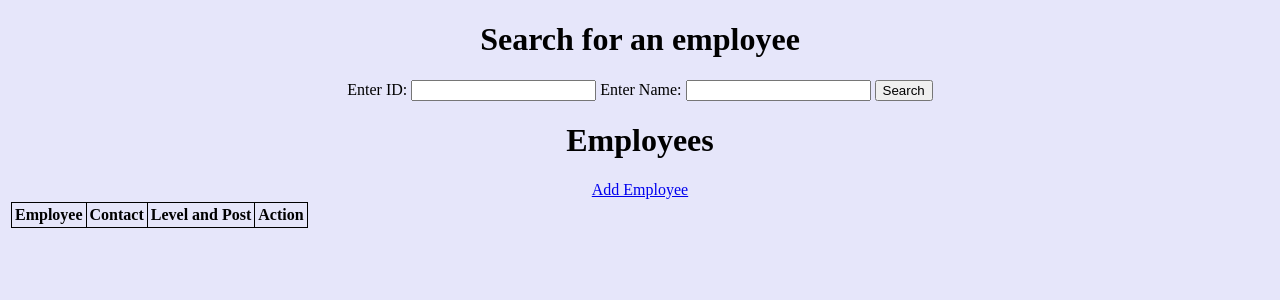
Repository: P9-Analyst-Java/employee-management-abhishekdatta12
Page: http://localhost/spring-expense-tracker/WEB-INF/views/home.jsp
These files come from the project's save history. The page is drawn as it stood at one moment and after the next save; the edit follows.
The browser window is 1280 px wide. The pictures show the whole page.
The page is served by Tomcat 9. Nobody is signed in. Other server files are loaded and not shown. The template is opened directly, without the code that normally fills it, so the values that code supplies are empty.

Above is the page before, as saved 2023-02-21 05:16:32.

### spring-portal/spring-expense-tracker/src/main/webapp/WEB-INF/views/home.jsp
<%@ page language="java" isELIgnored="false" contentType="text/html; charset=ISO-8859-1"
    pageEncoding="UTF-8"%>
<%@ taglib prefix="c" uri="http://java.sun.com/jsp/jstl/core"%>
<%@ taglib prefix="form" uri="http://www.springframework.org/tags/form" %>
<c:set var="contextRoot" value="${pageContext.request.contextPath}"/>
<!DOCTYPE html>
<html>
<head>
<style type="text/css">
body{
	text-align: center;
	background-color: lavender;
}
div{
	text-align: center;
	align-items: center;
	align-content: center;
}
table, th, td{
	background-color: lavenderblue;
	text-align: center;
	border: 1px solid;
	border-collapse: collapse;
	padding: 3px;
	margin: 3px;
	align-items: center;
}
</style>
<meta charset="ISO-8859-1">
<title>Home</title>
</head>
<body>
	<h1>Search for an employee</h1>

	<form action="${contextRoot}/search" method="post">
	Enter ID: <input  name="id"/>
	Enter Name: <input name="name"/>
	<button type="submit">Search</button>
	</form>

	<h1>Employees</h1>
	<div>
	<a href="${contextRoot}/employee">Add Employee</a>
	<table>
	<tr>
	<th>Employee</th>
	<th>Contact</th>
	<th>Level and Post</th>
	<th>Action</th>
	<!-- <th>Last Name</th>
	<th>Gender</th>
	<th>Date Of Birth</th>
	<th>PAN Card Number</th>
	<th>Aadhaar Number</th>
	<th>Mobile Number</th>
	<th>Email ID</th>
	<th>Office Mail</th>
	<th>Permanent Address</th>
	<th>Present Address</th>
	<th>Blood Group</th>
	<th>Profile Picture</th>
	<th>Date of Joining</th>
	<th>Employee Level</th>
	<th>Post Name</th>
	<th>Basic Pay</th>
	<th>House Allowance</th>
	<th>Edit</th>
	<th>Delete</th>-->
	</tr>
	<c:forEach var="employee" items="${employees}">
		<tr>
			<td>${employee.firstName}&nbsp;${employee.lastName}<br/>#${employee.id}</td>

			<td>${employee.mobileNum}<br/>${employee.emailId}</td>

			<td>${employee.empLevel}/<br/>${employee.postName}</td>

			<td><a href="">Employments</a>/<a href="${contextRoot}/employee/${employee.id}">Edit</a>/<a href="${contextRoot}/${employee.id}">Delete</a></td>
			<!-- <td>${employee.id}</td>
			<td>${employee.firstName}</td>
			<td>${employee.lastName}</td>
			<td>${employee.gender}</td>
			<td>${employee.dob}</td>
			<td>${employee.panNum}</td>
			<td>${employee.aadhaarNum}</td>
			<td>${employee.mobileNum}</td>
			<td>${employee.emailId}</td>
			<td>${employee.officeMail}</td>
			<td>${employee.permanentAddress}</td>
			<td>${employee.presentAddress}</td>
			<td>${employee.bloodGroup}</td>
			<td>${employee.profilePict}</td>
			<td>${employee.doj}</td>
			<td>${employee.empLevel}</td>
			<td>${employee.postName}</td>
			<td>${employee.basicPay}</td>
			<td>${employee.houseAllowance}</td>
			<td><a href="${contextRoot}/employee/${employee.id}">Edit</a></td>
			<td><a href="${contextRoot}/${employee.id}">Delete</a></td>-->
		</tr>
	</c:forEach>
	</table>
	</div>
</body>
</html>

After the next save:
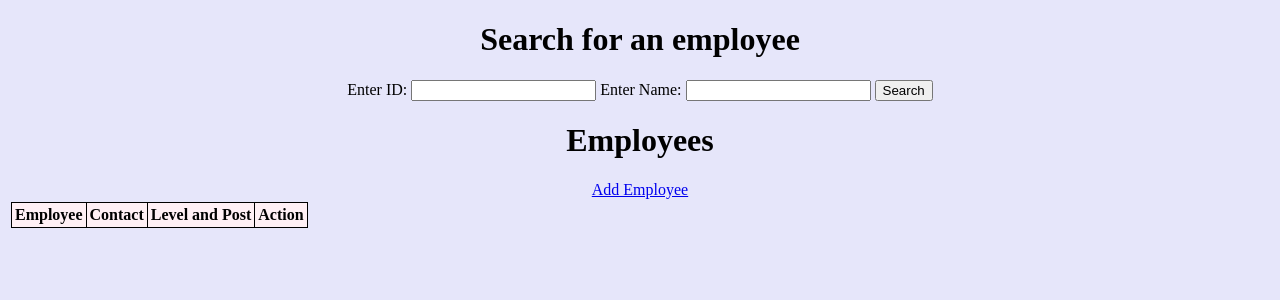
Saved 9 s later.
--- a/spring-portal/spring-expense-tracker/src/main/webapp/WEB-INF/views/home.jsp
+++ b/spring-portal/spring-expense-tracker/src/main/webapp/WEB-INF/views/home.jsp
@@ -17,7 +17,7 @@ div{
 	align-content: center;
 }
 table, th, td{
-	background-color: lavenderblue;
+	background-color: lavenderblush;
 	text-align: center;
 	border: 1px solid;
 	border-collapse: collapse;
